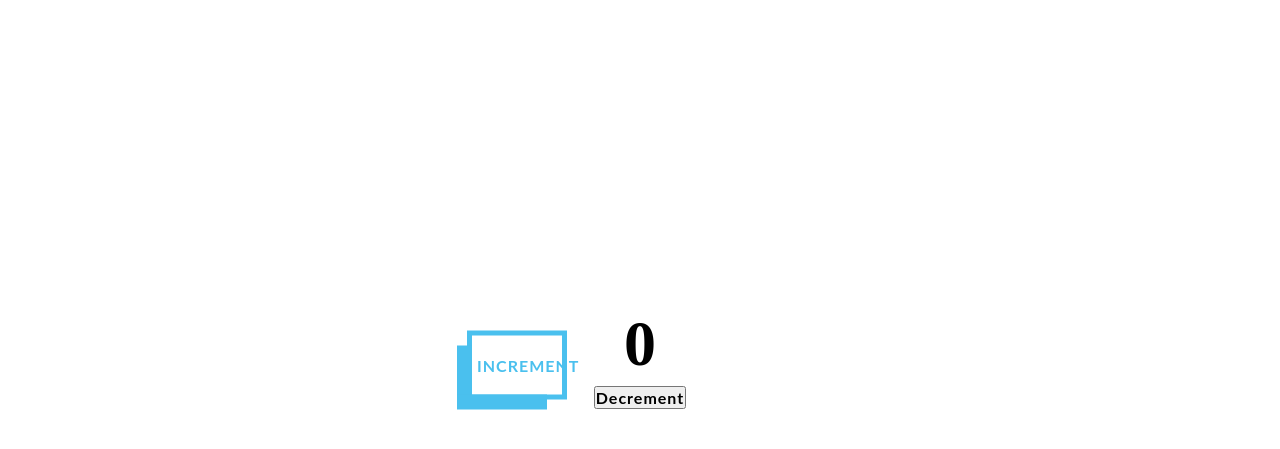
Repository: Ellisvelandia/react_introduction_test
Page: /
The author's editor kept a copy of each file at every save. The page is drawn from the files as they stood at one save, then again after the next save.
The browser window is 1280 px wide. The pictures show the whole page.
The project was rebuilt for these pictures with package versions that can differ from the ones it lists, and the page was loaded fresh each time. Also part of the build but not shown: src/index.css.

Above is the page before, as saved 2022-08-15 20:06:01.

### src/App.js
import "./App.scss";
import React, { useState } from "react";

const App = () => {
  const [num, changeNum] = useState(0);

  const incrementNum = () => {
    changeNum(num + 2);
  };

  const decrementNum = () => {
    if (num - 1 < 0) {
      alert(`you can't decrease than 0`);
    } else {
      changeNum(num - 2);
    }
  };

  return (
    <>
      <div className="container">
        <h1>{num}</h1>
        <button className="button_I" onClick={incrementNum}>Increment</button>
        <button className="button_D" onClick={decrementNum}>Decrement</button>
      </div>
    </>
  );
};

export default App;

### src/App.scss
* {
  margin: 0;
  padding: 0;
  box-sizing: border-box;
}

body {
  width: 100%;
  height: 100vh;
  display: flex;
  justify-content: center;
  align-items: center;
  flex-direction: column;
}

.container {
  align-self: center;
}

h1 {
  text-align: center;
  font-size: 4rem;
}

button {
  font-size: 1rem;
  margin: 5px;
  font-family: "Lato", sans-serif;
  font-weight: 300;
  letter-spacing: 1px;
  font-weight: bold;
}


.button_I {
  position: absolute;
  left: 40%;
  top: 50%;
  transform: translateX(-50%) translateY(-50%);

  background: #fff;
  max-width: 100px;
  padding: 20px 5px;

  border: 5px solid #4ac0ee;
  color: #4ac0ee;
  font-weight: bold;
  text-transform: uppercase;
  text-align: center;

  z-index: 2;
  transition: all 0.15s 0.15s ease-out;

  &:after,
  &:before {
    position: absolute;
    width: 100%;
    max-width: 100%;
    top: 100%;
    left: 0;
    bottom: -10px;
    content: "";
    z-index: 1;
    transition: all 0.15s 0.15s ease-out;
  }

  &:before {
    background: #4ac0ee;
    top: 10px;
    left: -15px;
    height: 100%;
    width: 15px;
  }

  &:after {
    width: 100%;
    background: #4ac0ee;
    right: 0px;
    left: -15px;
    height: 15px;
  }

  &:hover {
    background: #4ac0ee;
    color: #fff;
    margin-left: -7.5px;
    margin-bottom: -7.5px;

    &:after,
    &:before {
      top: 100%;
      left: 0;
      bottom: 0px;
    }

    &:before {
      top: 0px;
      left: 0px;
      width: 0px;
    }

    &:after {
      right: 0px;
      left: 0px;
      height: 0px;
    }
  }
}

Loaded but not shown: public/index.html (common file); src/index.js (common file); src/reportWebVitals.js (common file)

After the next save:
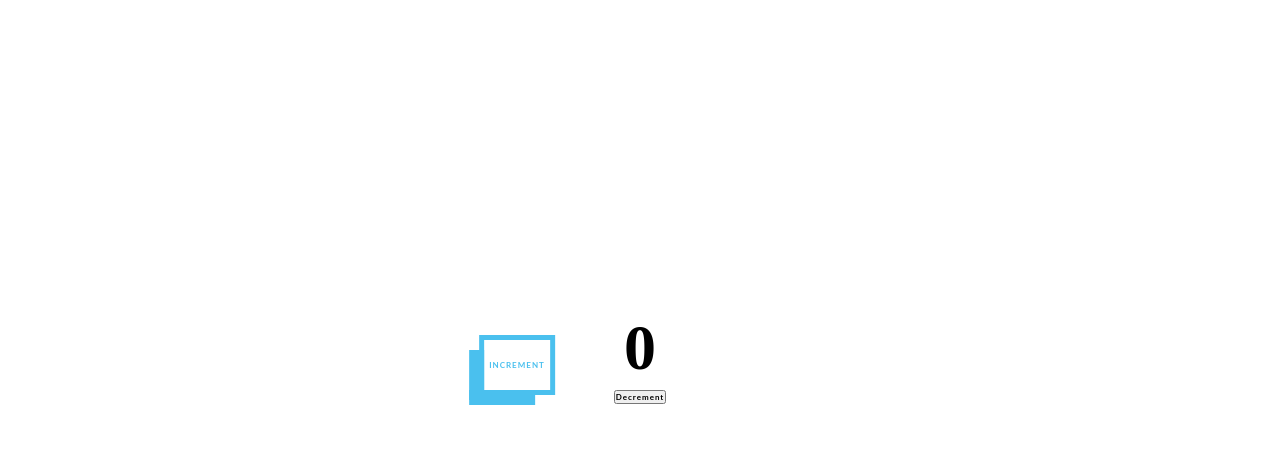
Saved 19 s later.
--- a/src/App.scss
+++ b/src/App.scss
@@ -23,7 +23,7 @@ h1 {
 }
 
 button {
-  font-size: 1rem;
+  font-size: 0.5rem;
   margin: 5px;
   font-family: "Lato", sans-serif;
   font-weight: 300;
